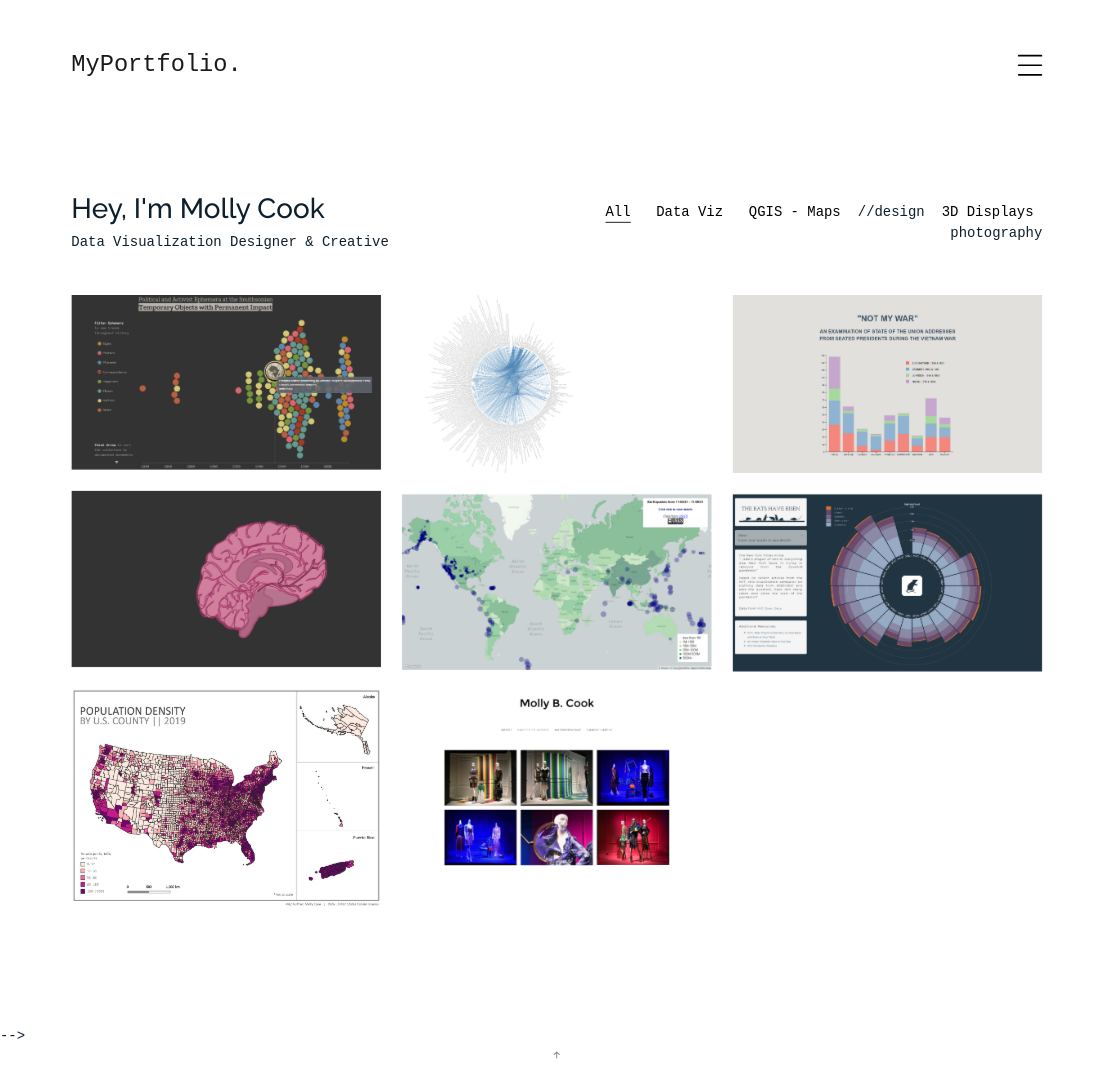
Repository: m0llyc00k/portfolio-2
Page: index.html
The author's editor kept a record of every edit. The page is drawn from the files as they stood at one moment, then again after the next edit.
The browser window is 1280 px wide. The pictures show the whole page, at 87% of full size.
Some web fonts or font styles are not loaded; a fallback is used.

Above is the page before.

After the next edit:
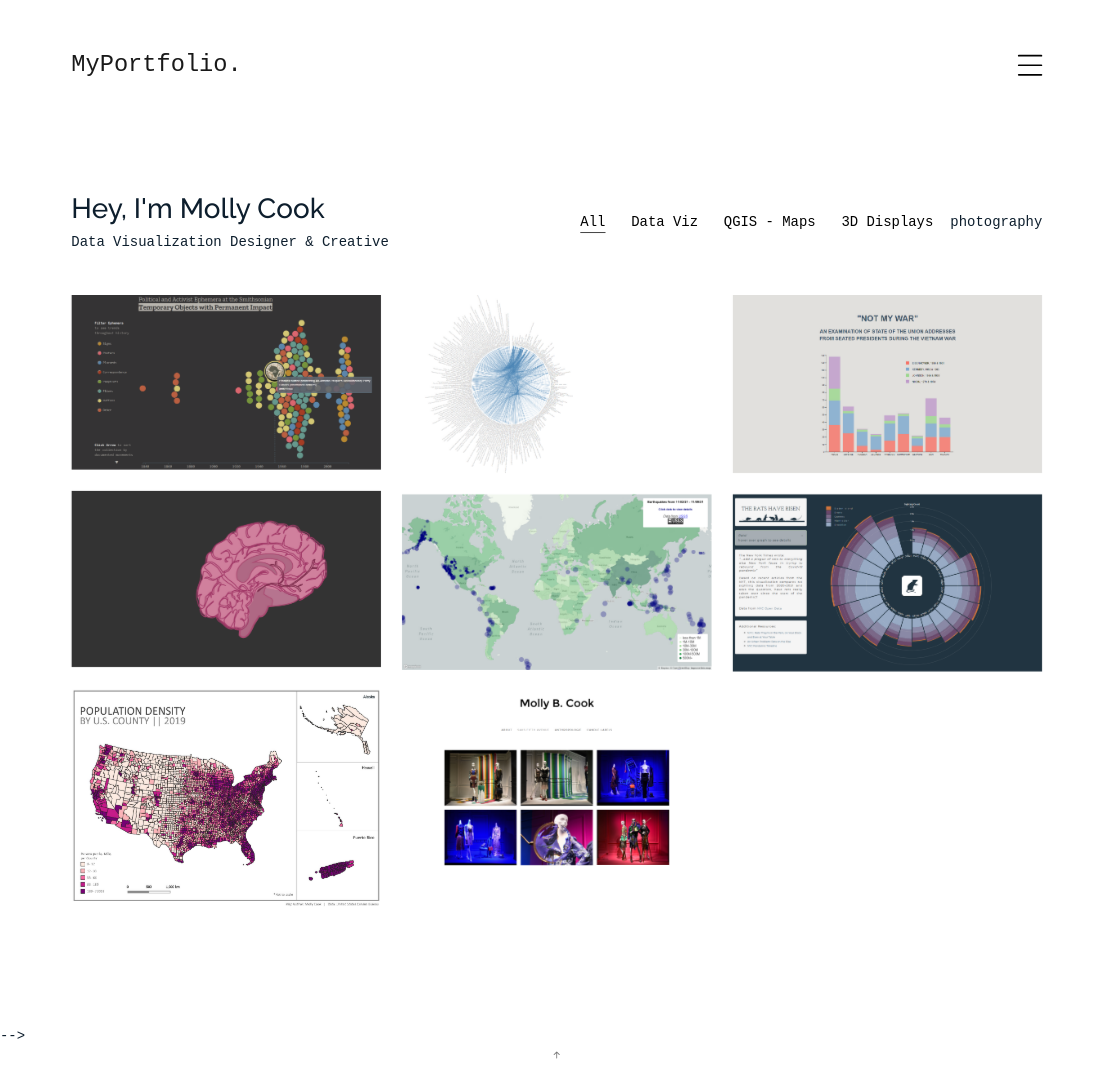
The edit:
--- a/index.html
+++ b/index.html
@@ -88,7 +88,7 @@
             <div id="filters" class="filters">
               <a href="#" data-filter="*" class="active">All</a>
               <a href="#" data-filter=".data-viz">Data Viz</a>
-              <a href="#" data-filter=".maps">QGIS - Maps</a> //design
+              <a href="#" data-filter=".maps">QGIS - Maps</a>
               <!--<a href="#" data-filter=".branding">Branding</a>-->
               <a href="#" data-filter=".displays">3D Displays</a> photography
             </div>
